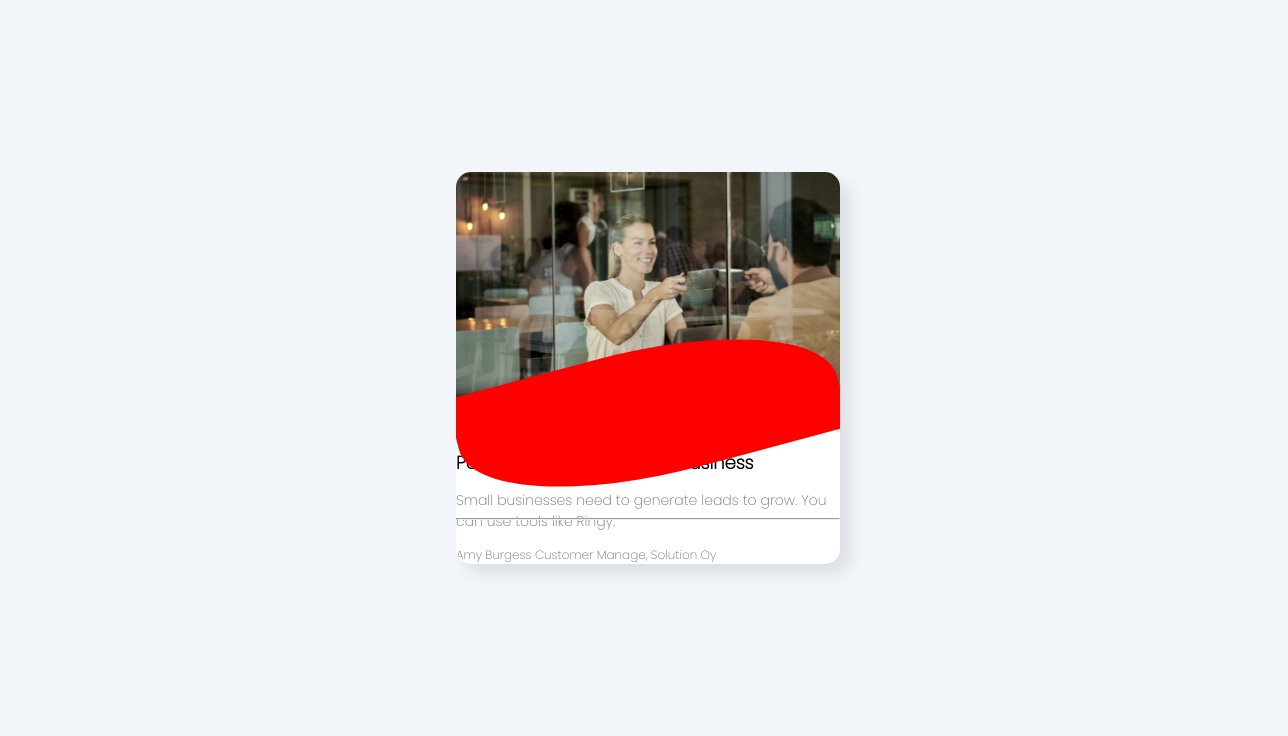
Repository: massndongo/business-blog-card
Page: index.html
The author's editor kept a copy of each file at every save. The page is drawn from the files as they stood at one save, then again after the next save.
The browser window is 1280 px wide. The page is 1288 px wide, so the pictures cover 1288 px, including what lies to the right of the window. The pictures show the whole page.

Above is the page before, as saved 2023-11-08 04:21:50.

### index.html
<!DOCTYPE html>
<html lang="en">
<head>
    <meta charset="UTF-8">
    <meta name="viewport" content="width=device-width, initial-scale=1.0">
    <link rel="stylesheet" href="css/styles.css">
    <title>Responsive Web Developer Starter - devchallenges.io</title>
    <link rel="icon" href="images/favicon.ico" type="image/x-icon" sizes="any">
</head>
<body>
    <div class="card">
        <img src="images/hero-image-business-card.png" alt="" srcset="">
        <div class="wavy">
        </div>
        <h1 class="title">Perfect solution for small business</h1>
        <p class="corps">Small businesses need to generate leads to grow. You can use tools like Ringy.</p>
        <hr>
        <div class="small">
            <!-- <img src="images/avatar-image-business-card.png" alt="" srcset=""> -->
            <div>
                <span>Amy Burgess</span>
                <span>Customer Manage, Solution Oy</span>
            </div>
        </div>
    </div>
</body>
</html>

### css/styles.css
@import url('https://fonts.googleapis.com/css2?family=Poppins:wght@200&display=swa');

* {
    box-sizing: border-box;
    font-family: 'Poppins', sans-serif;
    overflow: hidden;
}

/* Add some styles for body*/
body {
    width: 100%;
    height: 100vh;
    background-color: #F2F5F9;
    display: flex;
    justify-content: center;
    align-items: center;

}

.card{
    position: relative;
    flex-direction: column;
    background-color: #FFFFFF;
    box-shadow: 10px 10px 15px 0px rgba(0, 0, 0, 0.09);
    width: 30%;
    height: auto;
    border-radius: 15px;
}
.card img{
    width: 100%;
    border-radius: 10px;
}
.wavy{
    height: 130px;
    background-color: red;
    border-radius: 0 60% 0;
    position: absolute;
    transform: rotate(-15deg);
    bottom: 22%;
    left: 0;
    right: 0;
}
.waveRight{
    height: 100px;
    width: 50%;
    background-color: green;
}
.waveLeft{
    height: 100px;
    width: 50%;
    background-color: blue;
}
.title{
    font-size: 18px;

}
.corps{
    font-size: 14px;

}
.small{
    position: relative;
    font-size: 12px;
}
.corps, .small, hr{
    color: #6C727F
}
hr{
    width: 100%;
    height: 1px;
    position: absolute;
    bottom: 9%;
    left: 0;
    right: 0;
    background-color: #6c727f85;
}

@media screen and (max-width: 768px) {
    .card {
        width: 90%;
    }
}

After the next save:
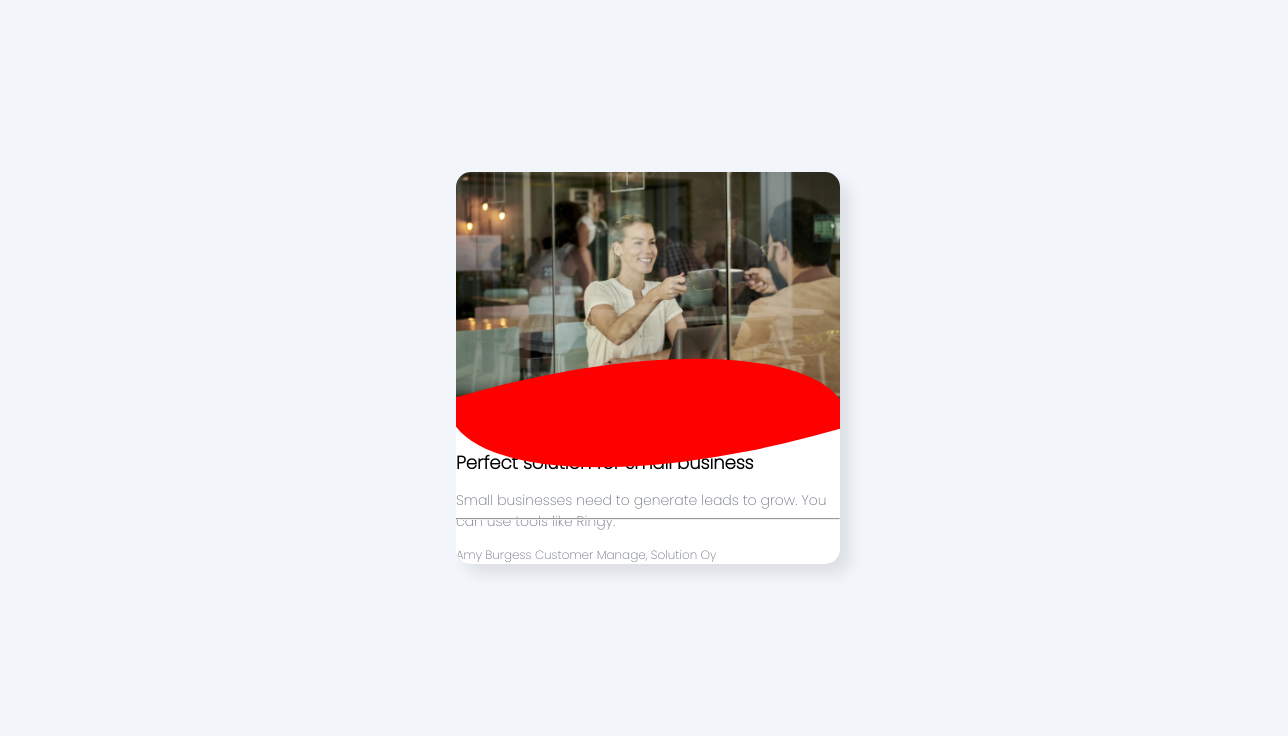
Saved 6 s later.
--- a/css/styles.css
+++ b/css/styles.css
@@ -33,7 +33,7 @@
 .wavy{
     height: 130px;
     background-color: red;
-    border-radius: 0 60% 0;
+    border-radius: 0 90% 0;
     position: absolute;
     transform: rotate(-15deg);
     bottom: 22%;

After the 3 saves that followed:
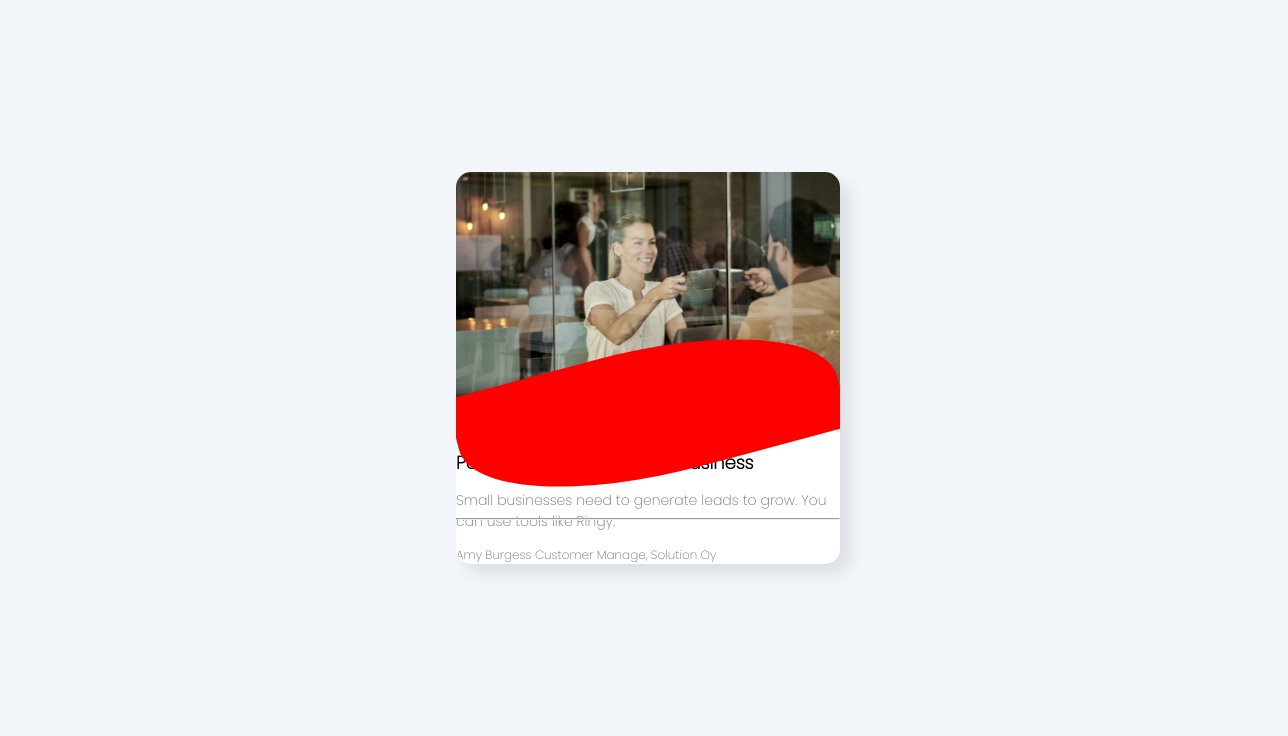
The 3 saves are shown as one change because they came seconds apart.
The last was saved 14 s later.
--- a/css/styles.css
+++ b/css/styles.css
@@ -33,7 +33,7 @@
 .wavy{
     height: 130px;
     background-color: red;
-    border-radius: 0 90% 0;
+    border-radius: 0 60% 0;
     position: absolute;
     transform: rotate(-15deg);
     bottom: 22%;
